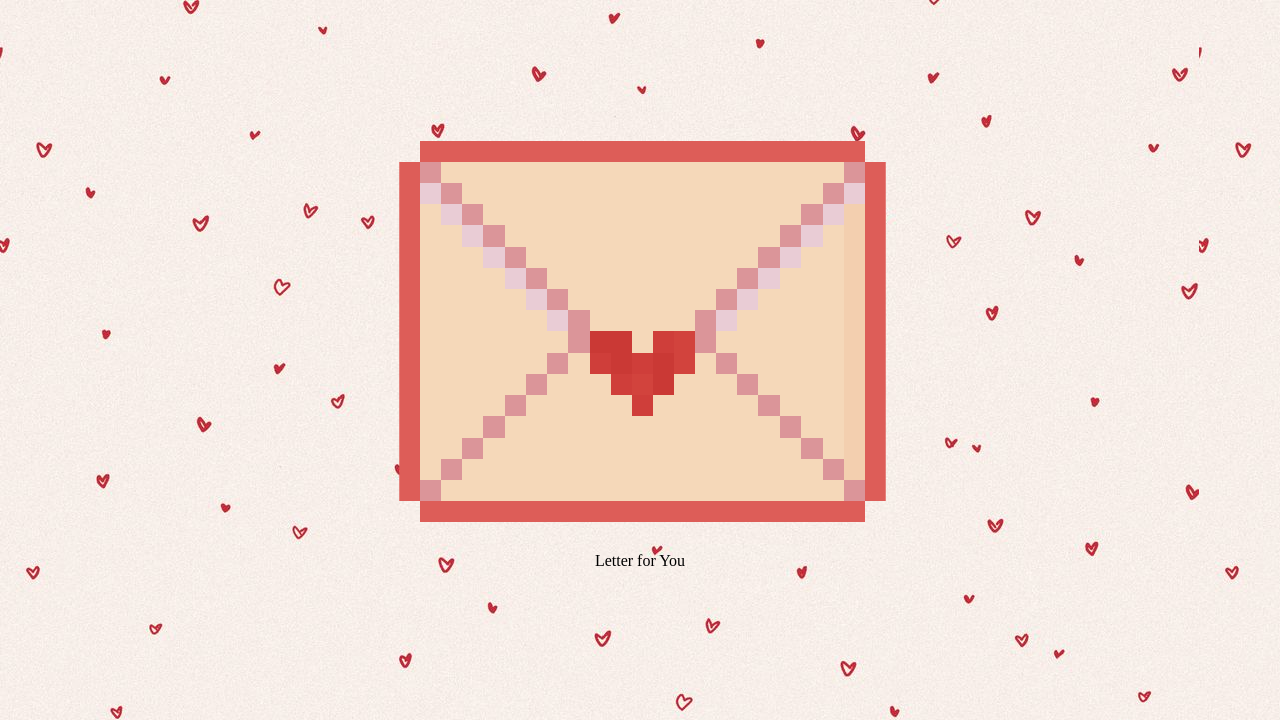
Repository: boofoo-png/valentines
Page: index.html
These files come from the project's save history. The page is drawn as it stood at one moment and after the next save; the edit follows.
The browser window is 1280 px wide. The pictures show the whole page.

Above is the page before, as saved 2026-02-01 21:50:17.

After the next save:
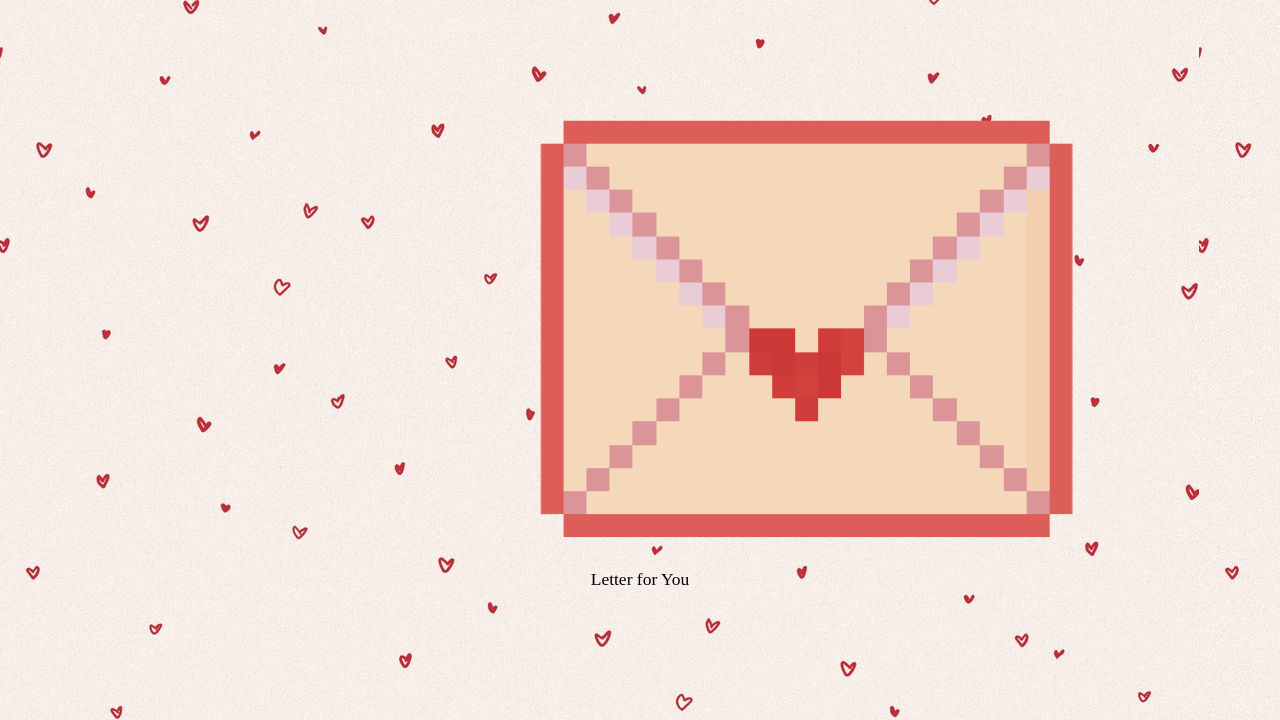
Saved 2 min 52 s later.
--- a/styles.css
+++ b/styles.css
@@ -26,7 +26,7 @@
     }
 }
 
-#envelope {
+#envelope-container {
     width: 200px;
     animation: pulse 1.5s infinite;
     cursor: pointer;

After the 5 saves that followed:
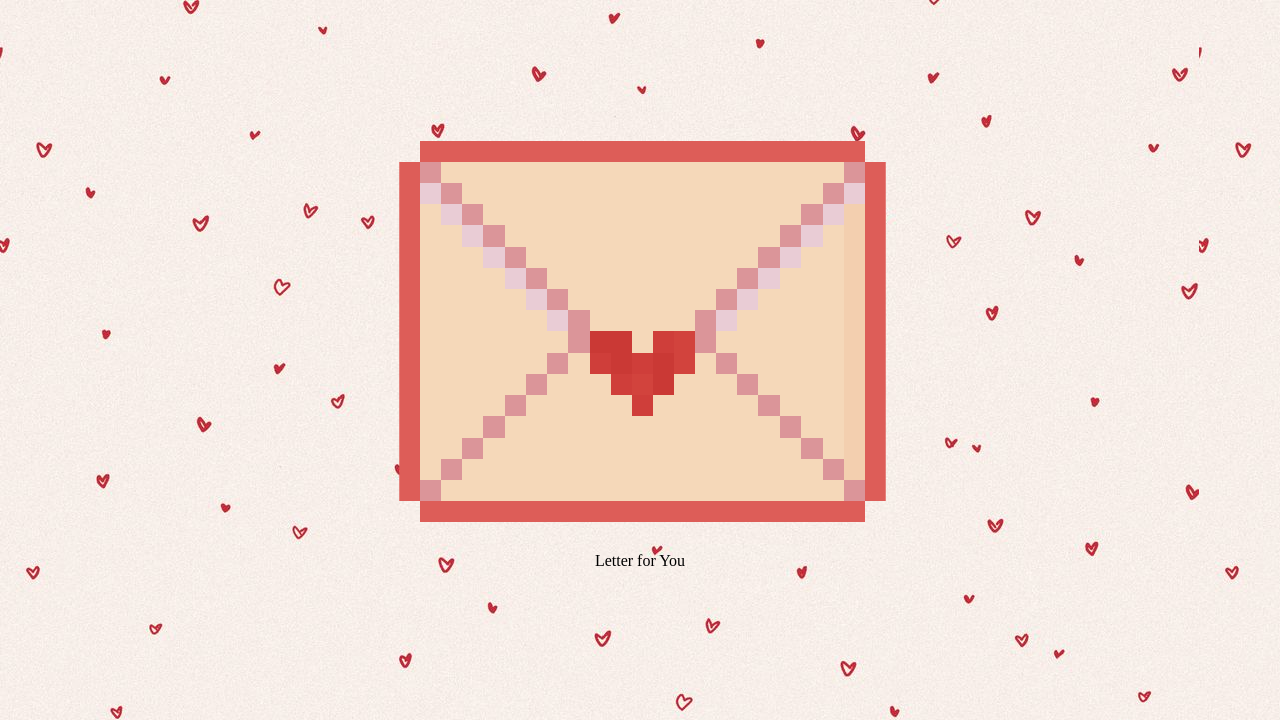
The 5 saves are shown as one change because 1 left the picture as it was and some came seconds apart.
The last was saved 109 s later.
--- a/styles.css
+++ b/styles.css
@@ -26,7 +26,7 @@
     }
 }
 
-#envelope-container {
+#envelope {
     width: 200px;
     animation: pulse 1.5s infinite;
     cursor: pointer;
